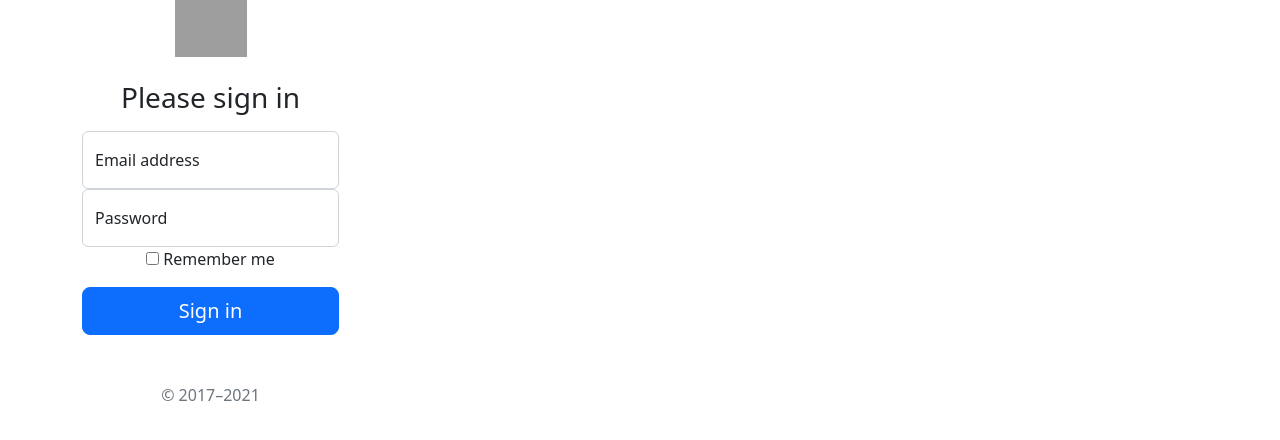
Repository: NPhanA/React2022
Page: / (app in Day 07-State and lifecycle/exercise/)
The author's editor kept a copy of each file at every save. The page is drawn from the files as they stood at one save, then again after the next save.
The browser window is 1280 px wide. The pictures show the whole page.
Pictures or frames that could not be fetched are drawn as grey boxes. The project was rebuilt for these pictures with package versions that can differ from the ones it lists, and the page was loaded fresh each time. Also part of the build but not shown: Day 07-State and lifecycle/exercise/src/Components/AppState.js, Day 07-State and lifecycle/exercise/src/Components/FormComponents.js, Day 07-State and lifecycle/exercise/src/Components/BasicCalculator.js, Day 07-State and lifecycle/exercise/src/Components/Home.js.

Above is the page before, as saved 2022-08-01 17:02:05.

### Day 07-State and lifecycle/exercise/src/index.js
import React from 'react';
import ReactDOM from 'react-dom/client';
import './index.css';
import { createRoot } from 'react-dom/client';
import AppState from './Components/AppState';
import 'bootstrap/dist/css/bootstrap.min.css';
import Calculator from './Components/BasicCalculator';
import LogIn from './Components/LogInForm';
const container = document.getElementById('root');
const root = createRoot(container);
root.render(<LogIn />);

### Day 07-State and lifecycle/exercise/src/Components/LogInForm.js
import { Component } from "react";
import Home from "../Components/Home";


class LogIn extends Component {

    constructor(props) {
        super(props);
        this.state = {
            form: { email: "", password: "", isRemember: false },
            isValid: false,
            isLoggedIn: false
        }
    }

    handleChange = (event) => {
        this.setState((state) => {
            const { form } = state
            form[event.target.name] = event.target.value
            return { form }
        }, () => this.checkValidForm())
    }

    handleChangeCheckbox = () => {
        this.setState((state) => {
            const { form } = state
            form.isRemember = !form.isRemember
            return { form }
        }, () => this.checkValidForm())
    }

    checkValidForm = () => {
        const { email, password } = this.state.form
        const value = email && password
        this.setState({ isValid: value })
    }

    handleSubmit = () => {
        if (this.state.isValid) {
            this.setState({ isLoggedIn: true })
        }
    }

    handleLogOut = () => {
        this.setState({ isLoggedIn: false })
    }

    render() {
        const { isLoggedIn, form } = this.state
        if (isLoggedIn) return (<Home onLogOut={this.handleLogOut} />)
        return (
            <div className="container d-flex align-items-center text-center">
                <div className="form-signin">
                    <form>
                        <img className="mb-4" src="https://upload.wikimedia.org/wikipedia/commons/thumb/b/b2/Bootstrap_logo.svg/2560px-Bootstrap_logo.svg.png" alt="" style={{ width:"72px",height:"57px"}}  />
                        <h1 className="h3 mb-3 fw-normal">Please sign in</h1>
                        <div className="form-floating">
                            <input className="form-control email" type="email" name="email" placeholder="name@example.com" value={form.email} onChange={this.handleChange} />
                            <label>Email address</label>
                        </div>
                        <div className="form-floating">
                            <input className="form-control password" type="password" name="password" placeholder="Password" value={form.password} onChange={this.handleChange} />
                            <label>Password</label>
                        </div>
                        <div className="checkbox mb-3">
                            <label>
                                <input type="checkbox" value={form.isRemember} onChange={this.handleChangeCheckbox} /> Remember me
                            </label>
                        </div>
                        <button className="w-100 btn btn-lg btn-primary" type="button" onClick={this.handleSubmit} >Sign in</button>
                        <p className="mt-5 mb-3 text-muted">© 2017–2021</p>
                    </form>
                </div>
            </div>
        )
    }
}

export default LogIn;

### Day 07-State and lifecycle/exercise/src/Components/ToDo.js
import { Component } from "react";
class ToDo extends Component {





    render() {
        return (
            <div className="container">
                <div className="row">
                    <div className="col-xxl-4"></div>
                    <div className="col-xxl-4">
                        <h1>
                            Todo list
                        </h1>
                        <input type="text" className="form-control"></input>
                        <button className="btn btn-primary" role="button" type="submit"></button>
                    </div>
                    <div className="col-xxl-4"></div>
                </div>
            </div>

        )



    }

}
export default ToDo;

Loaded but not shown: Day 07-State and lifecycle/exercise/public/index.html (common file); Day 07-State and lifecycle/exercise/src/index.css (common file)

After the next save:
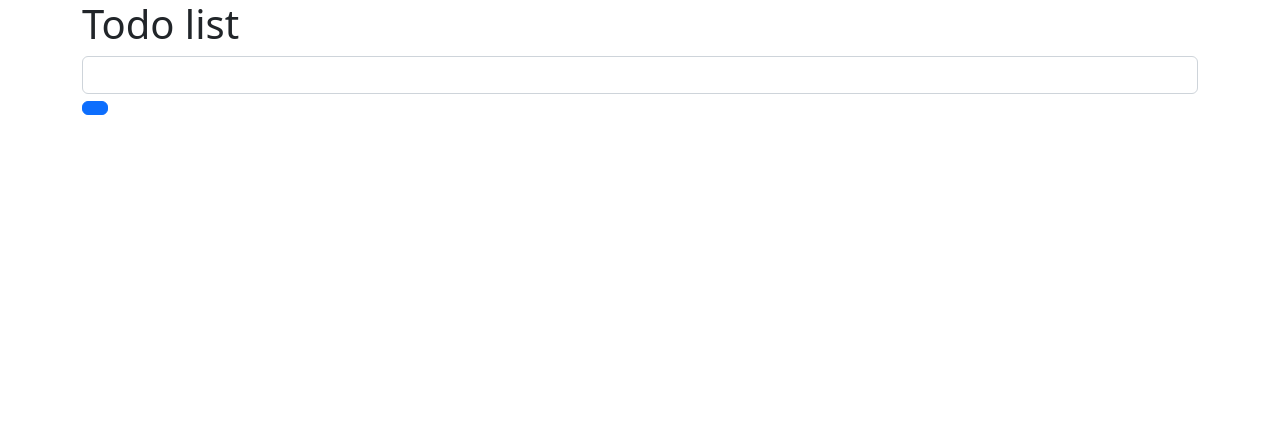
Saved 32 s later.
--- a/Day 07-State and lifecycle/exercise/src/index.js
+++ b/Day 07-State and lifecycle/exercise/src/index.js
@@ -6,6 +6,7 @@ import AppState from './Components/AppState';
 import 'bootstrap/dist/css/bootstrap.min.css';
 import Calculator from './Components/BasicCalculator';
 import LogIn from './Components/LogInForm';
+import ToDo from './Components/ToDo';
 const container = document.getElementById('root');
 const root = createRoot(container);
-root.render(<LogIn />);
+root.render(<ToDo />);
